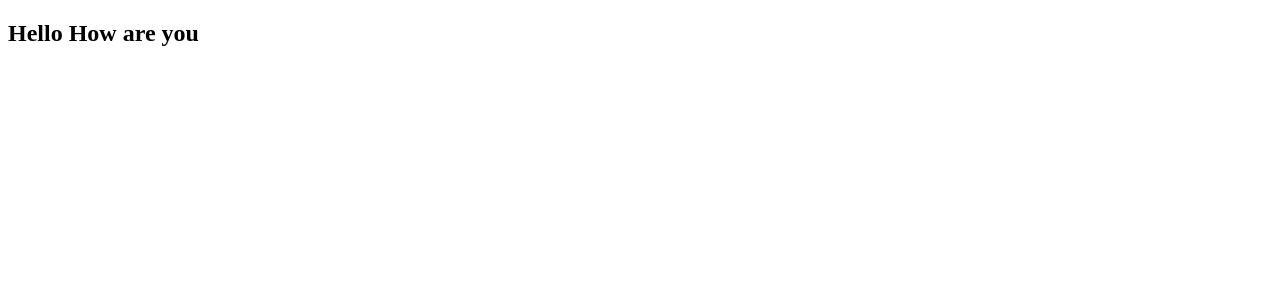
Repository: shitalshirole4044/Servlet-jsp
Page: http://localhost/test/index.jsp
These files come from the project's save history. The page is drawn as it stood at one moment and after the next save; the edit follows.
The browser window is 1280 px wide. The pictures show the whole page.
The page is served by Tomcat 9.

Above is the page before, as saved 2024-02-13 07:07:31.

After the next save:
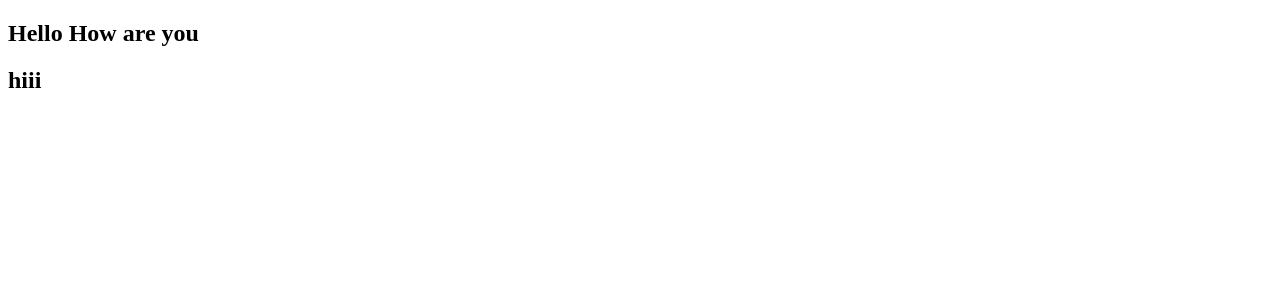
Saved 65 s later.
--- a/test/src/main/webapp/index.jsp
+++ b/test/src/main/webapp/index.jsp
@@ -8,5 +8,6 @@
 </head>
 <body>
 <h2>Hello How are you</h2>
+<h2>hiii</h2>
 </body>
 </html>
